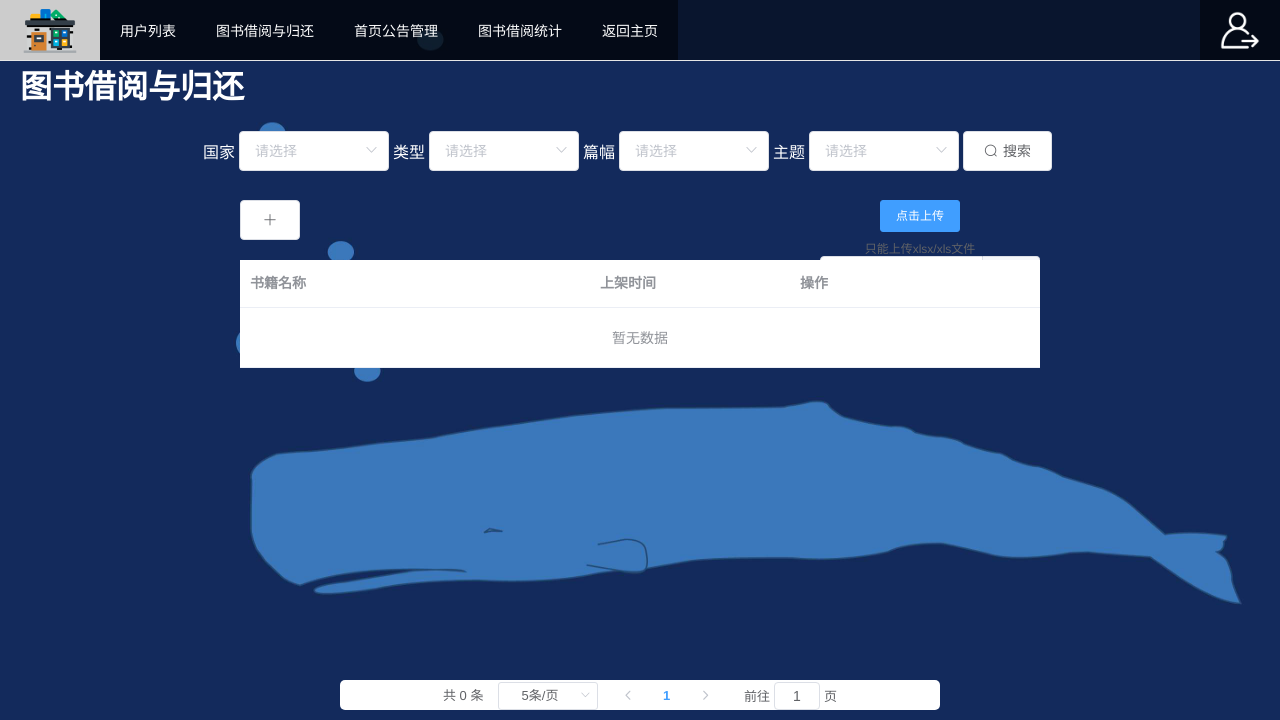
Repository: Akron-xz/helloVue
Page: /#/booksearch (app in vue-library/)
The author's editor kept a copy of each file at every save. The page is drawn from the files as they stood at one save, then again after the next save.
The browser window is 1280 px wide. The pictures show the whole page.
The page's requests for data from a server got no answer. The project was rebuilt for these pictures with package versions that can differ from the ones it lists, and the page was loaded fresh each time. No one was signed in, and anything a server would have sent is missing. Also part of the build but not shown: vue-library/src/components/homeNav.vue, vue-library/src/views/Home.vue.

Above is the page before, as saved 2020-11-26 17:17:53.

After the next save:
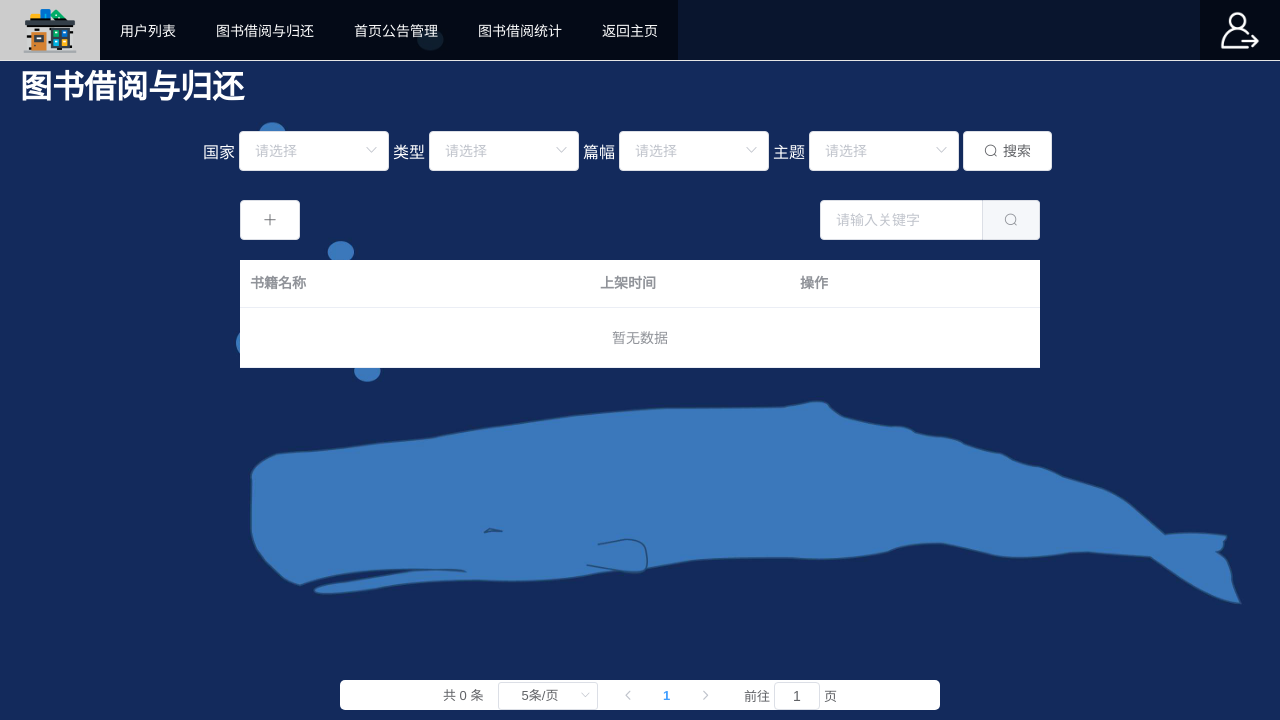
Saved 39 s later.
--- a/vue-library/src/views/BookSearch.vue
+++ b/vue-library/src/views/BookSearch.vue
@@ -88,19 +88,6 @@
             icon="el-icon-plus"
             @click="MsgInsert"
           ></el-button>
-           <el-upload
-              class="upload-demo"
-              action=""
-              :on-change="handleChange"
-              :on-exceed="handleExceed"
-              :on-remove="handleRemove"
-              :file-list="fileListUpload"
-              :limit="limitUpload"
-              accept="application/vnd.openxmlformats-officedocument.spreadsheetml.sheet,application/vnd.ms-excel"
-              :auto-upload="false">
-              <el-button size="small" type="primary">点击上传</el-button>
-              <div slot="tip" class="el-upload__tip">只能上传xlsx/xls文件</div>
-          </el-upload>
 
           <!--<el-button type="success" plain class="bulkImport-btn">批量导入</el-button>-->
           <el-input
